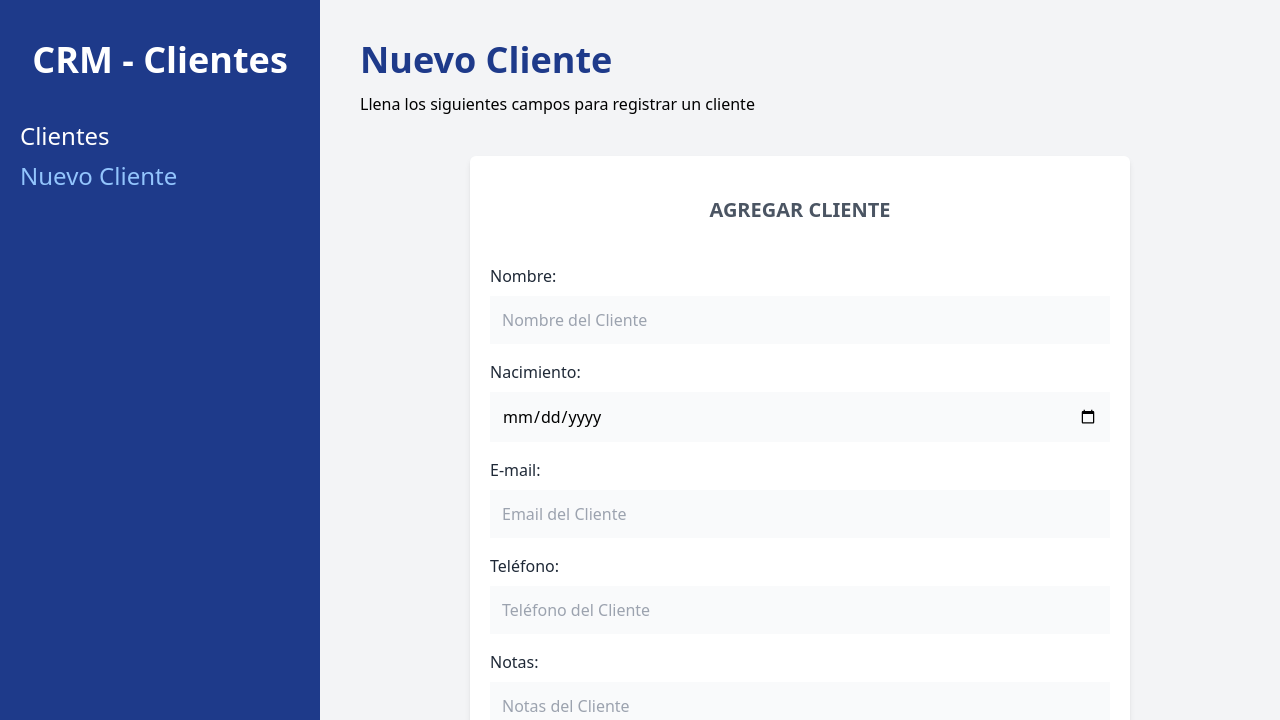
Repository: jdep98/api_crm
Page: /clientes/nuevo
An editor plug-in stored every save of this project. The page is shown before and after the next save, followed by the edit.
The browser window is 1280 px wide. The pictures show the whole page.
An inner scrolling area shows only its first screen. The project was rebuilt for these pictures with package versions that can differ from the ones it lists, and the page was loaded fresh each time. Also part of the build but not shown: vite.config.js, src/components/Cliente.jsx, src/paginas/Inicio.jsx, src/components/Alerta.jsx, src/styles/Spinner.css, src/components/Spinner.jsx, src/paginas/EditarCliente.jsx, src/paginas/VerCliente.jsx.

Above is the page before, as saved 2022-04-05 13:18:54.

### src/App.jsx
import { useState } from 'react'
import { BrowserRouter, Routes, Route } from 'react-router-dom'
import Layout from './layout/Layout'
import Inicio from './paginas/Inicio'
import NuevoCliente from './paginas/NuevoCliente'
import EditarCliente from './paginas/EditarCliente'
import VerCliente from './paginas/VerCliente'


function App() {


  return (
      <BrowserRouter>
          <Routes>
              <Route path="/clientes" element={<Layout />}>
                  <Route index element={<Inicio />} />
                  <Route path="nuevo" element={<NuevoCliente />} />
                  <Route path="editar/:id" element={<EditarCliente />} />
                  <Route path=":id" element={<VerCliente />} />
              </Route>
          </Routes>
      </BrowserRouter>
  )
}

export default App

### src/layout/Layout.jsx
import { Outlet, Link, useLocation } from 'react-router-dom'


const Layout = () => {

    const location = useLocation()
    const urlActual = location.pathname

    return (
        <div className="md:flex md:min-h-screen">
            <div className="md:w-1/4 bg-blue-900 px-5 py-10">
                <h2 className="text-4xl font-black text-center text-white ">CRM - Clientes</h2>
                <nav className="mt-10">
                    <Link
                        className={`${urlActual === '/clientes' ? 'text-blue-300' : 'text-white'} text-2xl block mt-2 hover:text-blue-300`}
                        to="/clientes"
                    >Clientes</Link>
                    <Link
                         className={`${urlActual === '/clientes/nuevo' ? 'text-blue-300' : 'text-white'} text-2xl block mt-2 hover:text-blue-300`}
                        to="/clientes/nuevo"
                    >Nuevo Cliente</Link>
                </nav>
            </div>

            <div className="md:w-3/4 p-10 md:h-screen overflow-scroll">
                <Outlet />
            </div>

        </div>
    )
}

export default Layout

### src/paginas/NuevoCliente.jsx
import Formulario from '../components/Formulario'

const NuevoCliente = () => {
    return (
        <>
            <h1 className="font-black text-4xl text-blue-900">Nuevo Cliente</h1>
            <p className="mt-3">Llena los siguientes campos para registrar un cliente</p>

            <Formulario />
        </>
    )
}

export default NuevoCliente

### src/components/Formulario.jsx
import React from 'react'
import { Formik, Form, Field } from 'formik'
import { useNavigate } from 'react-router-dom'
import * as Yup from 'yup'
import Alerta from './Alerta'
import Spinner from './Spinner'

const Formulario = ({cliente, cargando}) => {

    const navigate = useNavigate()

    const nuevoClienteSchema = Yup.object().shape({
        nombre: Yup.string()
                    .min(3, 'El Nombre es muy corto')
                    .max(20, 'El Nombre es muy largo')
                    .required('El Nombre del Cliente es Obligatorio'),
        nacimiento: Yup.string()
                    .required('La fecha de nacimiento es obligatorio'),
        email: Yup.string()
                    .email('Email no válido')
                    .required('El email es obligatorio'),
        telefono: Yup.number()
                    .positive('Número no válido')
                    .integer('Número no válido')
                    .typeError('El Número no es válido')

    })

    const handleSubmit = async (valores) => {
        try {
            let respuesta
            if(cliente.id) {
                // Editando un registro
                const url = `${import.meta.env.VITE_API_URL}/${cliente.id}`
                respuesta = await fetch(url, {
                    method: 'PUT',
                    body: JSON.stringify(valores),
                    headers: {
                        'Content-Type': 'application/json'
                    }
                })

            } else {
                // Nuevo Registro
                const url = import.meta.env.VITE_API_URL
                respuesta = await fetch(url, {
                    method: 'POST',
                    body: JSON.stringify(valores),
                    headers: {
                        'Content-Type': 'application/json'
                    }
                })
            }

            await respuesta.json()
            navigate('/clientes')
        } catch (error) {
            console.log(error)
        }
    }

    return (
        cargando ? <Spinner /> : (
            <div className="bg-white mt-10 px-5 py-10 rounded-md shadow-md
            md:w-3/4 mx-auto">
                <h1 className="text-gray-600 font-bold text-xl uppercase text-center">{cliente?.nombre ? 'Editar Cliente' : 'Agregar Cliente'}</h1>

                <Formik
                    initialValues={{
                        nombre: cliente?.nombre ?? "",
                        telefono: cliente?.telefono ?? "",
                        nacimiento: cliente?.nacimiento ?? "",
                        email: cliente?.email ?? "",
                        notas: cliente?.notas ?? "",
                    }}
                    enableReinitialize={true}
                    onSubmit={ async (values, {resetForm}) => {
                        await handleSubmit(values)
                        resetForm()
                    }}
                    validationSchema={nuevoClienteSchema}
                >
                    {({errors, touched}) => {
                        return  (
                    <Form
                        className="mt-10"
                    >
                        <div className="mb-4">
                            <label
                                className="text-gray-800"
                                htmlFor="nombre"
                            >Nombre:</label>
                            <Field
                                id="nombre"
                                type="text"
                                className="mt-2 block w-full p-3 bg-gray-50"
                                placeholder="Nombre del Cliente"
                                name="nombre"
                            />

                            {errors.nombre && touched.nombre ? (
                                <Alerta>{errors.nombre}</Alerta>
                            ) : null }
                        </div>
                        <div className="mb-4">
                            <label
                                className="text-gray-800"
                                htmlFor="nacimiento"
                            >Nacimiento:</label>
                            <Field
                                id="nacimiento"
                                type="date"
                                className="mt-2 block w-full p-3 bg-gray-50"
                                placeholder="Fecha de nacimiento"
                                name="nacimiento"
                            />

                            {errors.nacimiento && touched.nacimiento ? (
                                <Alerta>{errors.nacimiento}</Alerta>
                            ) : null }
                        </div>

                        <div className="mb-4">
                            <label
                                className="text-gray-800"
                                htmlFor="email"
                            >E-mail:</label>
                            <Field
                                id="email"
                                type="email"
                                className="mt-2 block w-full p-3 bg-gray-50"
                                placeholder="Email del Cliente"
                                name="email"
                            />


                            {errors.email && touched.email ? (
                                <Alerta>{errors.email}</Alerta>
                            ) : null }
                        </div>

                        <div className="mb-4">
                            <label
                                className="text-gray-800"
                                htmlFor="telefono"
                            >Teléfono:</label>
                            <Field
                                id="telefono"
                                type="tel"
                                className="mt-2 block w-full p-3 bg-gray-50"
                                placeholder="Teléfono del Cliente"
                                name="telefono"
                            />

                            {errors.telefono && touched.telefono ? (
                                <Alerta>{errors.telefono}</Alerta>
                            ) : null }
                        </div>

                        <div className="mb-4">
                            <label
                                className="text-gray-800"
                                htmlFor="notas"
                            >Notas:</label>
                            <Field
                                as="textarea"
                                id="notas"
                                type="text"
                                className="mt-2 block w-full p-3 bg-gray-50 h-40"
                                placeholder="Notas del Cliente"
                                name="notas"
                            />
                        </div>

                        <input
                            type="submit"
                            value={cliente?.nombre ? 'Editar Cliente' : 'Agregar Cliente'}
                            className="mt-5 w-full bg-blue-800 p-3 text-white uppercase font-bold text-lg"
                        />
                    </Form>
                    )}}
                </Formik>
            </div>
        )
    )
}

Formulario.defaultProps = {
    cliente: {},
    cargando: false
}

export default Formulario

### tailwind.config.js
module.exports = {
  purge: ["index.html", "./src/**/*.jsx"],
  darkMode: false, // or 'media' or 'class'
  theme: {
    extend: {},
  },
  variants: {
    extend: {},
  },
  plugins: [],
}

Loaded but not shown: index.html (common file); src/main.jsx (common file); src/index.css (common file)

After the next save:
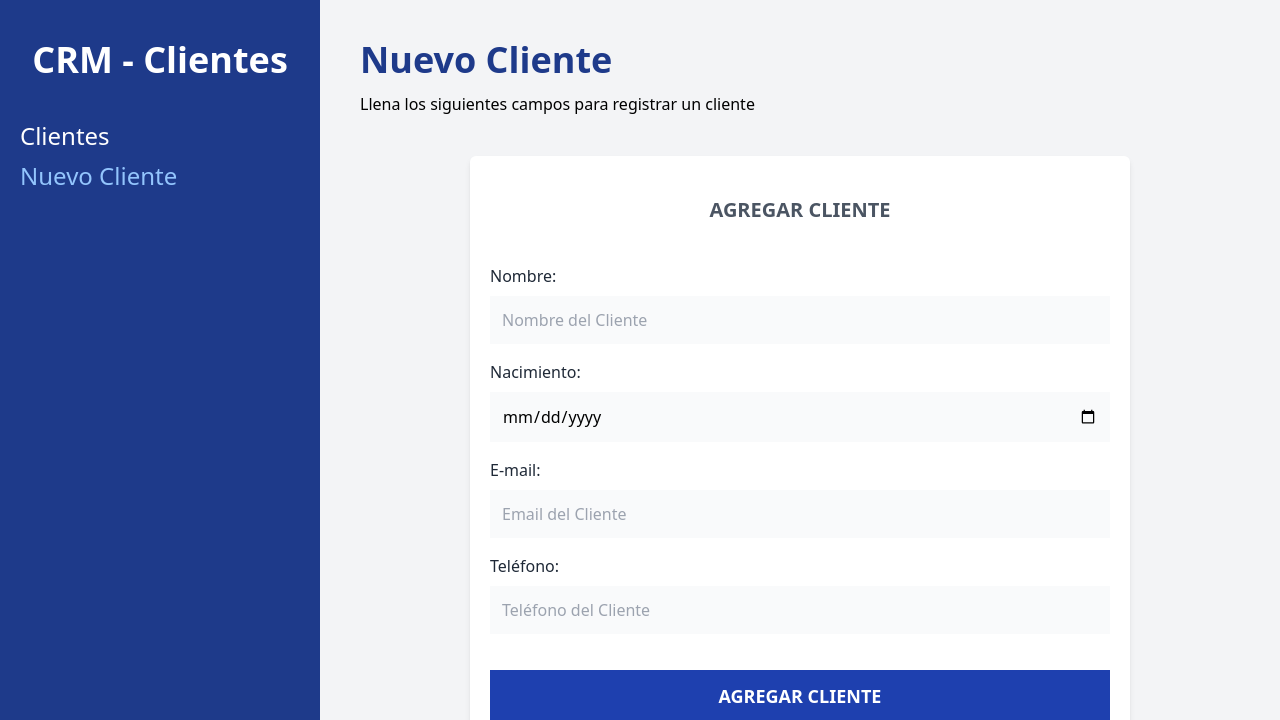
Saved 87 s later.
--- a/src/components/Formulario.jsx
+++ b/src/components/Formulario.jsx
@@ -71,7 +71,6 @@ const Formulario = ({cliente, cargando}) => {
                         telefono: cliente?.telefono ?? "",
                         nacimiento: cliente?.nacimiento ?? "",
                         email: cliente?.email ?? "",
-                        notas: cliente?.notas ?? "",
                     }}
                     enableReinitialize={true}
                     onSubmit={ async (values, {resetForm}) => {
@@ -157,21 +156,6 @@ const Formulario = ({cliente, cargando}) => {
                             ) : null }
                         </div>
 
-                        <div className="mb-4">
-                            <label
-                                className="text-gray-800"
-                                htmlFor="notas"
-                            >Notas:</label>
-                            <Field
-                                as="textarea"
-                                id="notas"
-                                type="text"
-                                className="mt-2 block w-full p-3 bg-gray-50 h-40"
-                                placeholder="Notas del Cliente"
-                                name="notas"
-                            />
-                        </div>
-
                         <input
                             type="submit"
                             value={cliente?.nombre ? 'Editar Cliente' : 'Agregar Cliente'}
